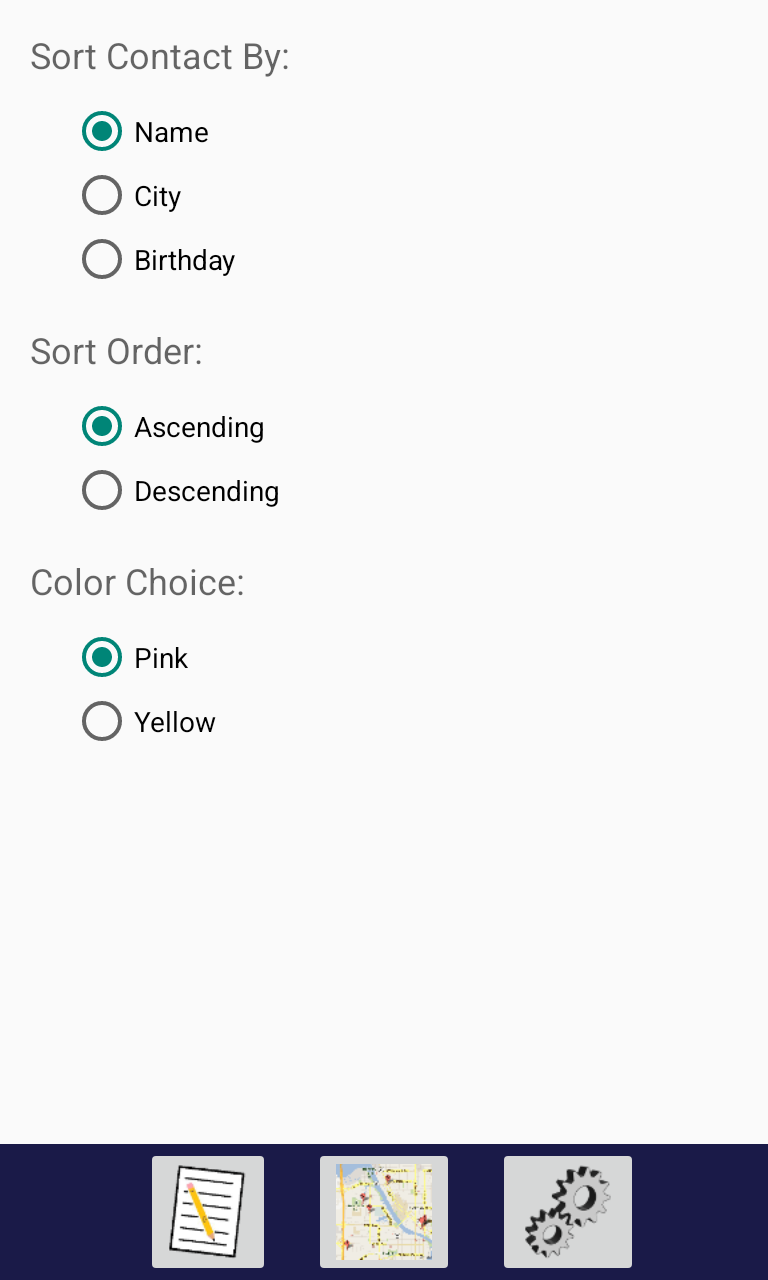
Repository: MobileApps-Cascadia/JenniferBronson_ExercisesChapter5
Layout: MyContactList/res/layout/activity_contact_settings.xml
The author's editor kept a copy of each file at every save. The layout is drawn from the files as they stood at one save, then again after the next save.
It is drawn on a 768 x 1280 px phone screen (xhdpi) without system bars, with theme AppTheme; the app's code is not run.

Above is the layout before, as saved 2014-05-03 05:46:41.

### MyContactList/res/layout/activity_contact_settings.xml
<RelativeLayout xmlns:tools="http://schemas.android.com/tools"
    xmlns:android="http://schemas.android.com/apk/res/android"
    xmlns:android1="http://schemas.android.com/apk/res/android"
    android:layout_width="match_parent"
    android:layout_height="match_parent"
    tools:context=".ContactActivity" >

    <RelativeLayout
        android:id="@+id/navbar"
        android:layout_width="fill_parent"
        android:layout_height="wrap_content"
        android:layout_alignParentBottom="true"
        android:background="@color/navbar_background" >

        <ImageButton
            android:id="@+id/imageButtonList"
            android:layout_width="wrap_content"
            android:layout_height="wrap_content"
            android:layout_centerVertical="true"
            android:layout_marginRight="20dp"
            android:layout_toLeftOf="@+id/imageButtonMap"
            android:src="@drawable/contactlisticon" />

        <ImageButton
            android:id="@+id/imageButtonMap"
            android:layout_width="wrap_content"
            android:layout_height="wrap_content"
            android:layout_centerHorizontal="true"
            android:layout_centerVertical="true"
            android:layout_toRightOf="@+id/imageButton1"
            android:src="@drawable/mapicon" />

        <ImageButton
            android:id="@+id/imageButtonSettings"
            android:layout_width="wrap_content"
            android:layout_height="wrap_content"
            android:layout_centerVertical="true"
            android:layout_marginLeft="20dp"
            android:layout_toRightOf="@+id/imageButtonMap"
            android:src="@drawable/settingsicon" />
    </RelativeLayout>

    <TextView
        android:id="@+id/textView1"
        android:layout_width="wrap_content"
        android:layout_height="wrap_content"
        android:layout_alignParentLeft="true"
        android:layout_alignParentTop="true"
        android:layout_marginLeft="15dp"
        android:layout_marginTop="15dp"
        android:text="Sort Contact By:"
        android:textAppearance="?android:attr/textAppearanceMedium" />

    <RadioGroup
        android:id="@+id/radioGroup1"
        android:layout_width="wrap_content"
        android:layout_height="wrap_content"
        android:layout_alignParentLeft="true"
        android:layout_below="@+id/textView1"
        android:layout_marginLeft="35dp"
        android:layout_marginTop="10dp" >

        <RadioButton
            android:id="@+id/radioName"
            android:layout_width="wrap_content"
            android:layout_height="wrap_content"
            android:checked="true"
            android:text="Name" />

        <RadioButton
            android:id="@+id/radioCity"
            android:layout_width="wrap_content"
            android:layout_height="wrap_content"
            android:text="City" />

        <RadioButton
            android:id="@+id/radioBirthday"
            android:layout_width="wrap_content"
            android:layout_height="wrap_content"
            android:text="Birthday" />
    </RadioGroup>

    <TextView
        android1:id="@+id/textView2"
        android1:layout_width="wrap_content"
        android1:layout_height="wrap_content"
        android1:layout_alignLeft="@+id/textView1"
        android1:layout_below="@+id/radioGroup1"
        android1:layout_marginTop="17dp"
        android1:text="Sort Order:"
        android1:textAppearance="?android:attr/textAppearanceMedium" />

    <RadioGroup
        android:id="@+id/radioGroup2"
        android:layout_width="wrap_content"
        android:layout_height="wrap_content"
        android:layout_alignParentLeft="true"
        android:layout_below="@+id/textView2"
        android:layout_marginLeft="35dp"
        android:layout_marginTop="10dp" >

        <RadioButton
            android:id="@+id/radioAscending"
            android:layout_width="wrap_content"
            android:layout_height="wrap_content"
            android:checked="true"
            android:text="Ascending" />

        <RadioButton
            android:id="@+id/radioDescending"
            android:layout_width="wrap_content"
            android:layout_height="wrap_content"
            android:text="Descending" />
    </RadioGroup>

    <TextView
        android1:id="@+id/textView3"
        android1:layout_width="wrap_content"
        android1:layout_height="wrap_content"
        android1:layout_alignLeft="@+id/textView2"
        android1:layout_marginTop="17dp"

        android1:layout_below="@+id/radioGroup2"
        android1:text="Color Choice:"
        android1:textAppearance="?android:attr/textAppearanceMedium" />

    <RadioGroup
        android1:id="@+id/radioGroup3"
        android1:layout_width="wrap_content"
        android1:layout_height="wrap_content"
         android:layout_below="@+id/textView3"
        android1:layout_alignParentLeft="true"
        android:layout_marginLeft="35dp"
        android:layout_marginTop="10dp" >

        <RadioButton
            android1:id="@+id/radioColor1"
            android1:layout_width="wrap_content"
            android1:layout_height="wrap_content"
            android1:checked="true"
            android1:text="Pink" />

        <RadioButton
            android1:id="@+id/radioColor2"
            android1:layout_width="wrap_content"
            android1:layout_height="wrap_content"
            android1:text="Yellow" />

    </RadioGroup>

</RelativeLayout>

### MyContactList/res/values/color.xml
<?xml version="1.0" encoding="utf-8"?>
<resources>
    <color name="navbar_background">#1a1a48</color>
    <color name="toolbar_background">#bebebe</color>
    <color name="dataEntry_background">#a8a8e0</color>

</resources>

Loaded but not shown: MyContactList/res/values/styles.xml (common file); MyContactList/res/values-v11/styles.xml (common file); MyContactList/res/values-v14/styles.xml (common file)

After the next save:
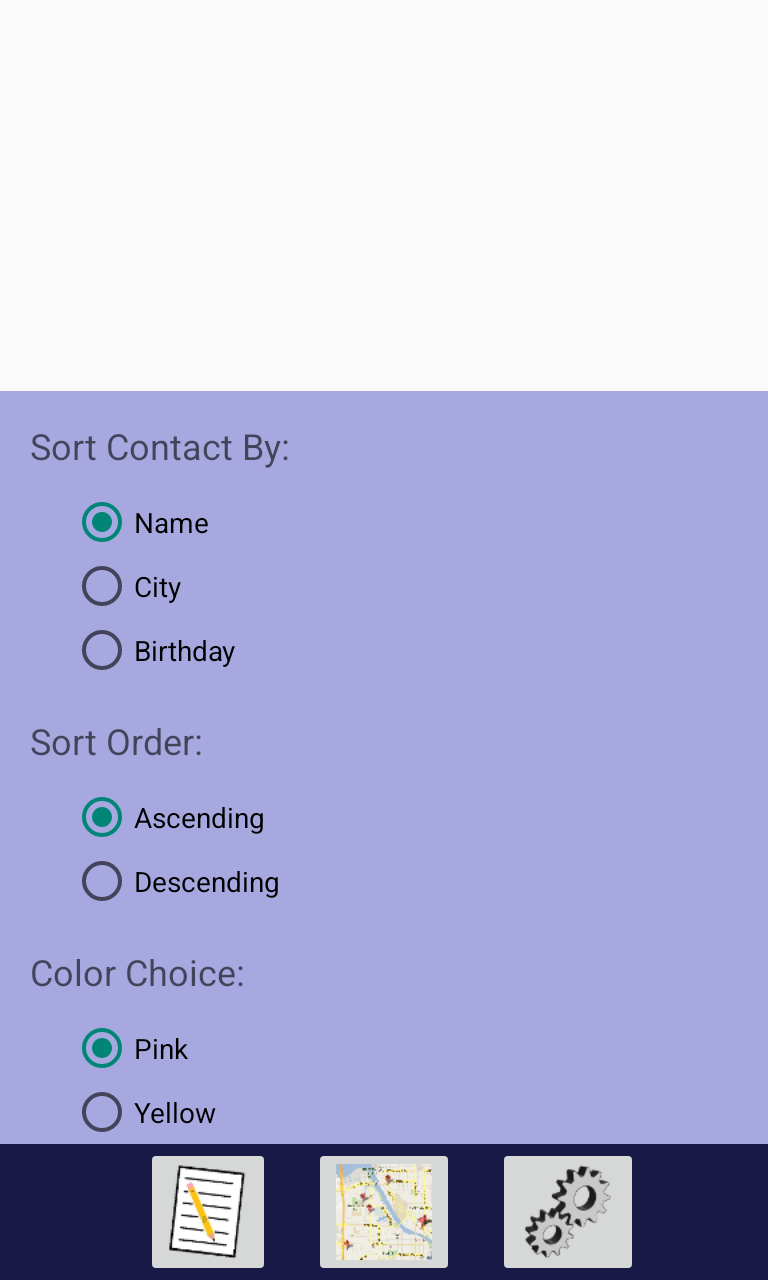
Saved 11 min 25 s later.
--- a/MyContactList/res/layout/activity_contact_settings.xml
+++ b/MyContactList/res/layout/activity_contact_settings.xml
@@ -39,6 +39,22 @@
             android:layout_toRightOf="@+id/imageButtonMap"
             android:src="@drawable/settingsicon" />
     </RelativeLayout>
+
+
+    <ScrollView
+        android:id="@+id/scrollView1"
+        android:layout_width="match_parent"
+        android:layout_height="wrap_content"
+        android:layout_alignParentLeft="true"
+        android:layout_below="@+id/toolbar"
+        android:layout_above="@+id/navbar" >
+
+        <RelativeLayout
+            android:layout_width="match_parent"
+            android:layout_height="match_parent"
+            android:background="@color/dataEntry_background"
+           >
+
 
     <TextView
         android:id="@+id/textView1"
@@ -134,18 +150,20 @@
         android:layout_marginTop="10dp" >
 
         <RadioButton
-            android1:id="@+id/radioColor1"
+            android1:id="@+id/radioPink"
             android1:layout_width="wrap_content"
             android1:layout_height="wrap_content"
             android1:checked="true"
             android1:text="Pink" />
 
         <RadioButton
-            android1:id="@+id/radioColor2"
+            android1:id="@+id/radioYello"
             android1:layout_width="wrap_content"
             android1:layout_height="wrap_content"
             android1:text="Yellow" />
 
     </RadioGroup>
+    </RelativeLayout>
+    </ScrollView>
 
 </RelativeLayout>
